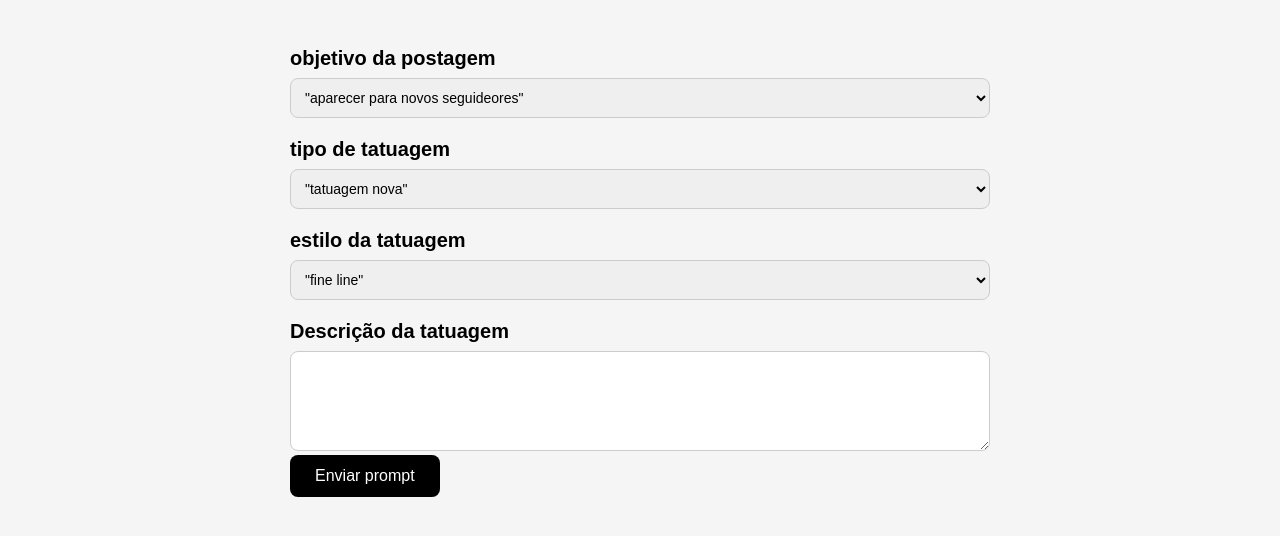
Repository: Ubiratandev/ink_api
Page: ink_IA/ink_ia.html
These files come from the project's save history. The page is drawn as it stood at one moment and after the next save; the edit follows.
The browser window is 1280 px wide. The pictures show the whole page.

Above is the page before, as saved 2026-03-25 00:11:51.

### ink_IA/ink_ia.html
<!DOCTYPE html>
<html>
<head>
    <link rel="stylesheet" href="styles.css">
    <title>Ink IA</title>
</head>
<body>
   <div class="objetivo">
    <h2>objetivo da postagem</h2>
    <select value = "Objetivo da postagem:" id = "objetivo" onchange={changeObjetivo()}>
    <optgroup>
        <option value = "aparecer para novos seguideores"> "aparecer para novos seguideores"</option>
        <option value = "engajar com pessoas que ja viram as suas postagens">"engajar com pessoas que ja viram as suas postagens"</option>
        <option value = "vender para pessoas que ja engajaram com voce">"vender para pessoas que ja engajaram com voce"</option>
    </optgroup>
   </select>
   <script>
    const changeObjetivo =()=>{
   const objetivo = document.getElementById("objetivo").value;
   }
   </script>
   </div>

   <div class="tipo_tatuagem">


    <h2>tipo de tatuagem</h2>
    <select value = "tipo de tatuagem" id ="tipo" onchange={changeTipo()}>
    <optgroup>
        <option value = "tatuagem nova"> "tatuagem nova"</option>
        <option value = "cobertura">"cobertura"</option>
        <option value = "reforma">"reforma"</option>
    </optgroup>
   </select>
   <script>
   const changeTipo =()=>{
    const tipo = document.getElementById("tipo").value;
   }
   </script>
   </div>



   <div class="estilo">


    <h2>estilo da tatuagem</h2>
    <select value = "estilo da tatuagem" id = "estilo" onchange = {changeEstilo()}>
    <optgroup>
        <option value = "fine line"> "fine line"</option>
        <option value = "realismo preto e cinza">"realismo preto e cinza"</option>
        <option value = "realismo colorido">"realismo colorido"</option>
        <option value = "neotradicional">"neotradicional"</option>

    </optgroup>
   </select>
   <script>
    const changeEstilo = ()=>{
        const estilo = document.getElementById("estilo").value;
    }
   </script>
   </div>

<div>
  <h2>Descrição da tatuagem</h2>

  <textarea id="descricao"></textarea>


  <script>
    let desc = "";

    const descricao = document.getElementById("descricao");

    descricao.addEventListener("input", () => {
      desc = descricao.value;

    });
  </script>
</div>

<script>
    function abrirModal(texto) {
  document.getElementById("conteudoResposta").innerText = texto;
  document.getElementById("modal").style.display = "block";
}

function fecharModal() {
  document.getElementById("modal").style.display = "none";
}
</script>

    <div id="modal" style="display:none; position:fixed; top:0; left:0; width:100%; height:100%; background:rgba(0,0,0,0.6);">

  <div style="background:white; padding:20px; margin:10% auto; width:60%; border-radius:10px;">

    <button onclick="fecharModal()">X</button>

    <h3>Resultado</h3>
    <p id="conteudoResposta"></p>

  </div>

</div>


   <div>
<button onclick="enviarPrompt()">Enviar prompt</button>
   <script>
    const enviarPrompt =()=>{
        let prompt = `Você é um especialista em marketing para tatuadores.

Crie uma legenda para Instagram com base EXCLUSIVAMENTE nas informações abaixo:

Descrição: ${desc}
Tipo: ${tipo}
Estilo: ${estilo}
Objetivo: ${objetivo}

REGRAS IMPORTANTES:
- NÃO invente elementos que não estão na descrição
- NÃO substitua palavras por sinônimos (ex: borboleta ≠ mariposa)
- Use exatamente os conceitos fornecidos
- Seja fiel à descrição
- Não adicione nada que não seja referente a postagem, nem comentarios nem observações

A legenda deve:
- Ser envolvente e natural
- Conversar com o público de tatuagem
- Incluir um CTA sutil

Inclua também:
- 10 hashtags relevantes BASEADAS SOMENTE na descrição

Formato:

Legenda:
CTA:
Hashtags:`
enviar(prompt)
    }
   </script>
   </div>

   <script>
    async function enviar(prompt) {

  const response = await fetch("http://localhost:5000/gerar", {
    method: "POST",
    headers: {
      "Content-Type": "application/json"
    },
    body: JSON.stringify({
      prompt: prompt
    })
  });

  const data = await response.json();
abrirModal(data.resposta);
  console.log(data.resposta);

}
   </script>
</body>
</html>

### ink_IA/styles.css
/* RESET básico */
body {
  margin: 0;
  padding: 15px;
  font-family: Arial, sans-serif;
  background: #f5f5f5;
  justify-content:center;

}

/* títulos */
h2 {
  font-size: 18px;
  margin-bottom: 8px;
}

/* containers */
.objetivo,
.tipo_tatuagem,
.estilo,
div {
  margin-bottom: 20px;
}

/* inputs */
select,
textarea {
  width: 100%;
  padding: 10px;
  border-radius: 8px;
  border: 1px solid #ccc;
  font-size: 14px;
  box-sizing: border-box;
}

/* textarea */
textarea {
  min-height: 100px;
  resize: vertical;
}

/* botão */
button {
  width: 100%;
  padding: 12px;
  background: black;
  color: white;
  border: none;
  border-radius: 8px;
  font-size: 16px;
  cursor: pointer;
  margin:auto;
}

button:hover {
  background: #333;
}

/* MODAL */
#modal {
  display: none;
  position: fixed;
  top: 0;
  left: 0;
  width: 100%;
  height: 100%;
  background: rgba(0,0,0,0.6);
}

#modal .box {
  background: white;
  padding: 20px;
  margin: 20% auto;
  width: 90%;
  border-radius: 10px;
  max-height: 70vh;
  overflow-y: auto;
}

/* texto do modal */
#conteudoResposta {
  white-space: pre-line;
  font-size: 14px;
  line-height: 1.5;
}

/* botão fechar */
#modal button {
  width: auto;
  background: red;
  margin-bottom: 10px;
}



@media (min-width: 768px) {

  body {
    padding: 30px;
  }

  /* centraliza layout */
  body > div {
    max-width: 700px;
    margin: auto;
  }

  button {
    width: auto;
    padding: 12px 25px;
  }

  #modal .box {
    width: 60%;
    margin: 10% auto;
  }

  h2 {
    font-size: 20px;
  }
}

After the next save:
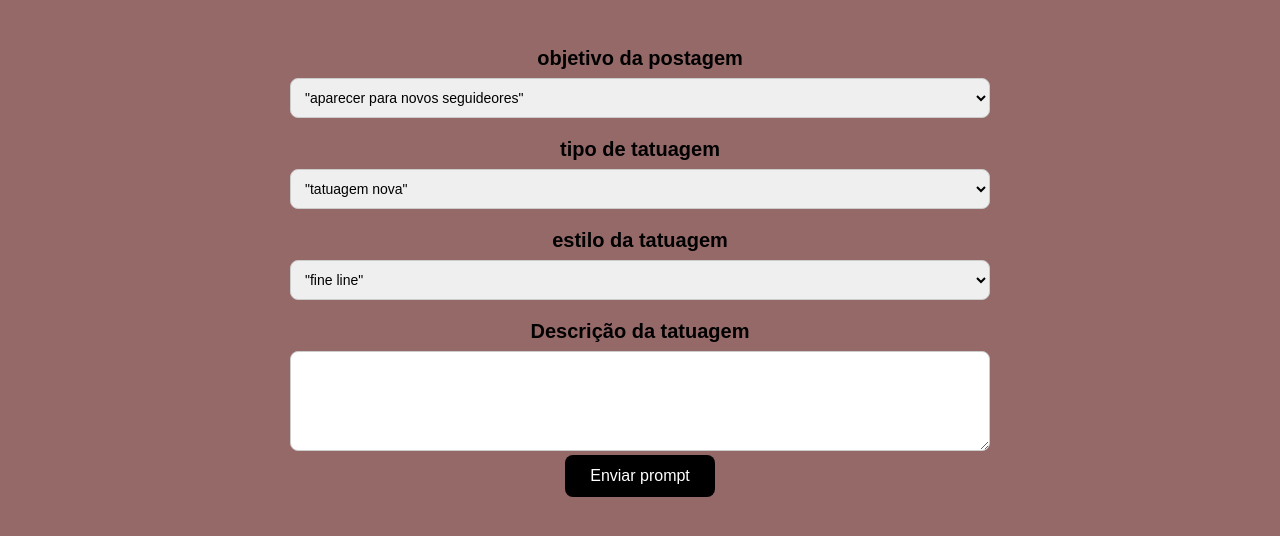
Saved 106 s later.
--- a/ink_IA/styles.css
+++ b/ink_IA/styles.css
@@ -3,8 +3,11 @@
   margin: 0;
   padding: 15px;
   font-family: Arial, sans-serif;
-  background: #f5f5f5;
+  background: #966969;
   justify-content:center;
+  align-items:center;
+  text-align:center;
+
 
 }
 

After the save that followed:
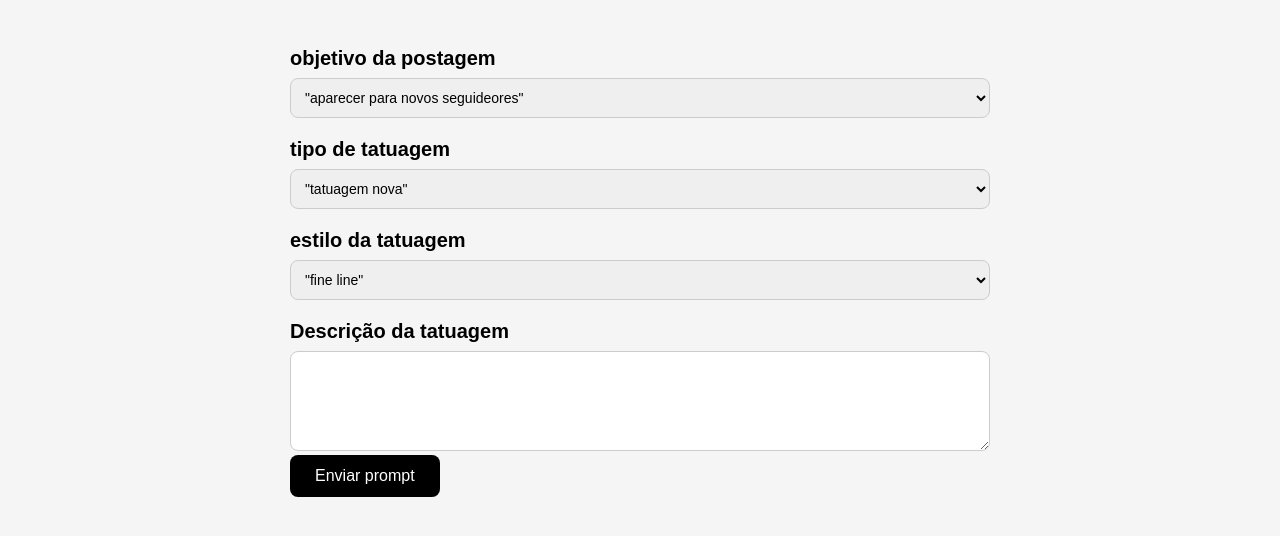
Saved 15 s later.
--- a/ink_IA/styles.css
+++ b/ink_IA/styles.css
@@ -1,12 +1,11 @@
 /* RESET básico */
 body {
   margin: 0;
-  padding: 15px;
+  padding: 25px;
   font-family: Arial, sans-serif;
-  background: #966969;
+  background: #f5f5f5;
   justify-content:center;
   align-items:center;
-  text-align:center;
 
 
 }
